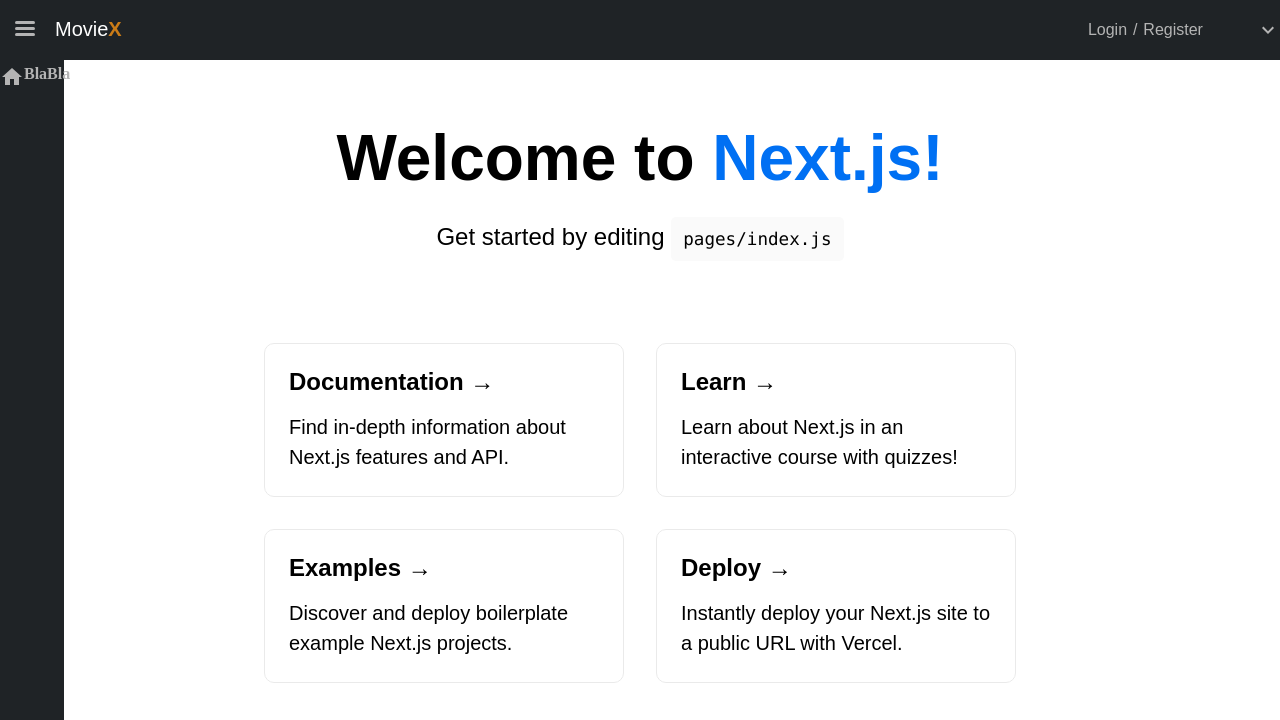
Repository: Amad-Mlinka/MovieTVBrowserNext
Page: /
An editor plug-in stored every save of this project. The page is shown before and after the next save, followed by the edit.
The browser window is 1280 px wide. The pictures show the whole page.
An inner scrolling area shows only its first screen. The project was rebuilt for these pictures with package versions that can differ from the ones it lists, and the page was loaded fresh each time. The framework's server and built-in components were replaced by stand-ins that run in the browser. Also part of the build but not shown: next.config.js.

Above is the page before, as saved 2021-08-03 19:02:26.

### pages/_app.js
import Layout from '../components/layout/Layout'
import '../styles/globals.scss'


function MyApp({ Component, pageProps }) {
  return (
    <Layout>
      <Component {...pageProps} />
    </Layout>


  )
}

export default MyApp

### components/layout/Layout.tsx
import React from 'react'
import Header from "../header/Header"

const Layout = ({children}) => {
    return (
        <>
        <Header/>
        <main>
            {children}
        </main>
        </>

    )
}

export default Layout

### styles/globals.scss
html, body {
  overflow-x: hidden;
  height: 100%;
}
body {
  background: #fff;
  padding: 0;
  margin: 0;
  font-family: 'Varela Round', sans-serif;
}

a {
  color: inherit;
  text-decoration: none;
}

* {
  box-sizing: border-box;
}

### styles/Home.module.scss
.container {
  min-height: 100vh;
  padding: 0 0.5rem;
  display: flex;
  flex-direction: column;
  justify-content: center;
  align-items: center;
  height: 100vh;
}

.main {
  padding: 5rem 0;
  flex: 1;
  display: flex;
  flex-direction: column;
  justify-content: center;
  align-items: center;
}

.footer {
  width: 100%;
  height: 100px;
  border-top: 1px solid #eaeaea;
  display: flex;
  justify-content: center;
  align-items: center;
}

.footer a {
  display: flex;
  justify-content: center;
  align-items: center;
  flex-grow: 1;
}

.title a {
  color: #0070f3;
  text-decoration: none;
}

.title a:hover,
.title a:focus,
.title a:active {
  text-decoration: underline;
}

.title {
  margin: 0;
  line-height: 1.15;
  font-size: 4rem;
}

.title,
.description {
  text-align: center;
}

.description {
  line-height: 1.5;
  font-size: 1.5rem;
}

.code {
  background: #fafafa;
  border-radius: 5px;
  padding: 0.75rem;
  font-size: 1.1rem;
  font-family: Menlo, Monaco, Lucida Console, Liberation Mono, DejaVu Sans Mono,
    Bitstream Vera Sans Mono, Courier New, monospace;
}

.grid {
  display: flex;
  align-items: center;
  justify-content: center;
  flex-wrap: wrap;
  max-width: 800px;
  margin-top: 3rem;
}

.card {
  margin: 1rem;
  padding: 1.5rem;
  text-align: left;
  color: inherit;
  text-decoration: none;
  border: 1px solid #eaeaea;
  border-radius: 10px;
  transition: color 0.15s ease, border-color 0.15s ease;
  width: 45%;
}

.card:hover,
.card:focus,
.card:active {
  color: #0070f3;
  border-color: #0070f3;
}

.card h2 {
  margin: 0 0 1rem 0;
  font-size: 1.5rem;
}

.card p {
  margin: 0;
  font-size: 1.25rem;
  line-height: 1.5;
}

.logo {
  height: 1em;
  margin-left: 0.5rem;
}

@media (max-width: 600px) {
  .grid {
    width: 100%;
    flex-direction: column;
  }
}

### components/header/Header.tsx
/*Imports */
import React, { useState } from 'react'

/*Material components*/
import Avatar from '@material-ui/core/Avatar';

/*Icons*/
import KeyboardArrowDownIcon from '@material-ui/icons/KeyboardArrowDown';
import HomeIcon from '@material-ui/icons/Home';
import SearchIcon from '@material-ui/icons/Search';

/*Import Plugins*/
import $ from "jquery";

/*Styles*/
import headerStyles from "../../styles/Header.module.scss"




const Header = () => {
    const [hamburger, setHamburger] = useState(false)
    const hamburgerToggle = () => {
        setHamburger(!hamburger);

        $(`.${headerStyles.sidebar}`).addClass(`${headerStyles.sidebarActive}`)

    }
    return (
        <>
            <header className={headerStyles.header}>
                <div className={headerStyles.left}>
                    <div className={headerStyles.hamburgerLogo}>
                        <div className={headerStyles.hamburger} onClick={hamburgerToggle}>
                            <div className={`${headerStyles.spinner} ${headerStyles.diagonal} ${hamburger ? headerStyles.part1Active : ""}`}></div>
                            <div className={`${headerStyles.spinner} ${headerStyles.horizontal} ${hamburger ? headerStyles.horizontalActive : ""}`}></div>
                            <div className={`${headerStyles.spinner} ${headerStyles.diagonal} ${hamburger ? headerStyles.part2Active : ""}`}></div>
                        </div>
                        <div data-end="X" className={headerStyles.logo}>
                            <span>Movie</span>
                        </div>
                    </div>

                    <div className={headerStyles.search}>
                        <div className={headerStyles.searchContainer}>
                            <SearchIcon className={headerStyles.searchIcon} />
                            <input type="search" name="searchBar" className={headerStyles.searchBar} ></input>
                        </div>

                    </div>
                </div>
                <div className={headerStyles.right}>
                    <KeyboardArrowDownIcon className={headerStyles.expandButton} />
                    <div className={headerStyles.profile}>
                        <div className={`${headerStyles.loggedIn} ${headerStyles.dNone}`}>

                            <Avatar className={headerStyles.avatar} alt="Amad Mlinaric"> AM </Avatar>
                        </div>
                        <div className={`${headerStyles.notLoggedIn}`}>
                            <div className={headerStyles.loginRegister}>
                                <div className={headerStyles.login}>
                                    <span>Login</span>
                                </div>
                                <span>/</span>
                                <div className={headerStyles.register}>
                                    <span>Register</span>
                                </div>
                            </div>
                        </div>
                    </div>
                </div>

            </header>
            <div className={`${headerStyles.sidebar} ${hamburger ? headerStyles.sidebarActive : ""}`}>
                <div className={headerStyles.sidebarMenu}>
                    <ul className={`${headerStyles.sidebarList}`}>
                        <li className={headerStyles.sidebarLink}>
                            <div className={headerStyles.sidebarIcon}>
                                <HomeIcon />
                            </div>
                            BlaBla
                        </li>


                    </ul>
                </div>

            </div>

        </>

    )
}

export default Header

### styles/Header.module.scss
@import "variables.scss";
@import "general.scss";
//***************************Header***************************//

.header {
    display: flex;
    flex-direction: row;
    justify-content: space-between;
    position: relative;
    top: 0;
    left: 0;
    width: 100%;
    background: $base-color;
    height: 60px;
}
.header {
    display: flex;
    flex-direction: row;
    justify-content: space-between;
    position: relative;
    top: 0;
    left: 0;
    width: 100%;
    background: $base-color;
    height: 60px;
}
.left {
    display: flex;
    flex-direction: row;
    width: 50%;
    justify-content: flex-start;
    align-items: center;
    height: 100%;
}
.hamburgerLogo {
    display: flex;
    flex-direction: row;
}
.hamburger {
    box-sizing: border-box;
    cursor: pointer;
    z-index: 99;
    height: 25px;
    width: 25px;
    margin: 0px 15px;
}
.spinner {
    box-sizing: border-box;
    position: absolute;
    height: 3px;
    width: 20px;
    background-color: #b4b4b4;
    border-radius: 5px;
    margin-top: 3px;
}
.horizontal {
    box-sizing: border-box;
    position: relative;
    transition: all ease-out 0.3s;
}
.horizontalActive{
    display: none;
}
.diagonal {
    box-sizing: border-box;
    position: relative;
    transition: all ease-out 0.3s;
}
.part1Active{
    transform: rotate(
        45deg
        );
        top: 4px;

}
.part2Active{
    transform: rotate(
        315deg
        );
    bottom: 2px;
}
.logo {
    &::after {
        content: "X";
        color: $secondary-color;
        font-weight: bolder;
        font-size: 20px;
    }
    span{
        display: none;
    }
    font-size: 20px;
    color: white;

}
.search {
    position: absolute;
    left: 0;
    top: 60px;
    background: $base-color;
    width: 100%;
    display: flex;
    flex-direction: column;
    justify-content: center;
    align-items: center;

}
.searchContainer{
    width: 80%;
    display: none;
}
.searchIcon {
    position: absolute;
    margin: 10px 15px;
    color: #b4b4b4;
    height: 20px;
}

.searchBar {
    width: 100%;
    background: #303437;
    border: 0;
    height: 40px;
    border-radius: 5px;
    padding-left: 45px;
    caret-color: black;
    transition: background 0.3s ease-in-out;
    margin-bottom: 20px;
    &:focus {
        background: white;
        outline: none;
    }
}
.right{
    height: 100%;
    display: flex;
    flex-direction: row-reverse;
    align-items: center;
    width: 50%;
}
.expandButton{
    font-size: 40px;
    color: $tertiary-color;

}
.profile{
    display: flex;
    flex-direction: row;
    justify-content:flex-start;
   .loggedIn{
       display: flex;
   }
    .notLoggedIn{
        .loginRegister{
            display: flex;
            flex-direction: row;
            justify-content: space-between;
            color: #b4b4b4;
            width: 115px;
            margin-right: 10px;
        }

    }
}

@include breakpoint(min-tablet){


    .header {
        display: flex;
        flex-direction: row;
        justify-content: space-between;
        position: relative;
        top: 0;
        left: 0;
        width: 100%;
        background: $base-color;
        height: 60px;
    }
    .left {
        display: flex;
        flex-direction: row;
        width: 50%;
        justify-content: flex-start;
        align-items: center;
        height: 100%;
    }
    .logo {
        font-size: 20px;
        color: white;
        span{
            display: inline;
        }
        &::after {
            content: attr(data-end);
            color: $secondary-color;
            font-weight: bolder;
        }
    }
    .search {
        position: relative;
        margin-left: 10px;
        top: 0;
        left: 0;
    }

    .expandButton{
        display: none;
    }
    .searchIcon {
        position: absolute;
        margin: 10px 15px;
        color: #b4b4b4;
        height: 20px;
    }

    .searchBar {
        width: 250px;
        background: #303437;
        border: 0;
        height: 40px;
        border-radius: 5px;
        padding-left: 45px;
        caret-color: black;
        transition: background 0.3s ease-in-out;
        margin: 0;
        &:focus {
            background: white;
            outline: none;
        }
    }
    .right{
        height: 100%;
        display: flex;
        flex-direction: row-reverse;
        align-items: center;
        width: 50%;
    }
    .profile{
        display: flex;
        flex-direction: row;
        width: 33%;
        justify-content: center;
        .loggedIn{
            .avatar{
                margin-left: 45px;
            }
        }
        .notLoggedIn{
            .loginRegister{
                display: flex;
                flex-direction: row;
                justify-content: space-between;
                color: #b4b4b4;
                width: 115px;
            }

        }
    }


}

//****************************/Header/***************************//
//***************************Sidebar***************************//

.sidebar{
    position: fixed;
    width: 5%;
    height: 100%;
    transition: width .5s;
    background: $base-color;
    display: flex;
    flex-direction: column;
}

.sidebarActive{
    width: 50%;
}

.sidebarMenu{
    height: 60%;
    margin-top: 5px;
}

.sidebarList{
    list-style-type: none;
    margin: 0;
    padding: 0;
}


.sidebarLink{
    height: 30px;
    color: $tertiary-color;
    font-family: "Open-sans";
    font-weight: bolder;
    display: flex;
    flex-direction: row;
    .sidebarIcon{

    }
}

### styles/variables.scss
$base-color:#1f2326;
$secondary-color:#cb7c17;
$tertiary-color:#b4b4b4;

@mixin breakpoint($point) {
    @if $point == min-desktop {
      @media (min-width: 993px) { @content ; }
   }
    @else if $point == min-laptop {
      @media (min-width: 769px) { @content ; }
   }
     @else if $point == min-tablet {
      @media (min-width: 593px) { @content ; }
   }
   @else if $point == min-mobile {
      @media (min-width: 0px)  { @content ; }

   }@else if $point == max-desktop {
      @media (max-width: 1200px) { @content ; }

   }@else if $point == max-laptop {
      @media (max-width: 992px) { @content ; }
   }
     @else if $point == max-tablet {
      @media (max-width: 768px) { @content ; }
   }
   @else if $point == max-mobile {
      @media (max-width: 592px)  { @content ; }

   }
 }

### styles/general.scss
.dNone{
    display: none !important;
}
.dBlock{
    display: block !important;
}

Loaded but not shown: pages/index.js (common file)

After the next save:
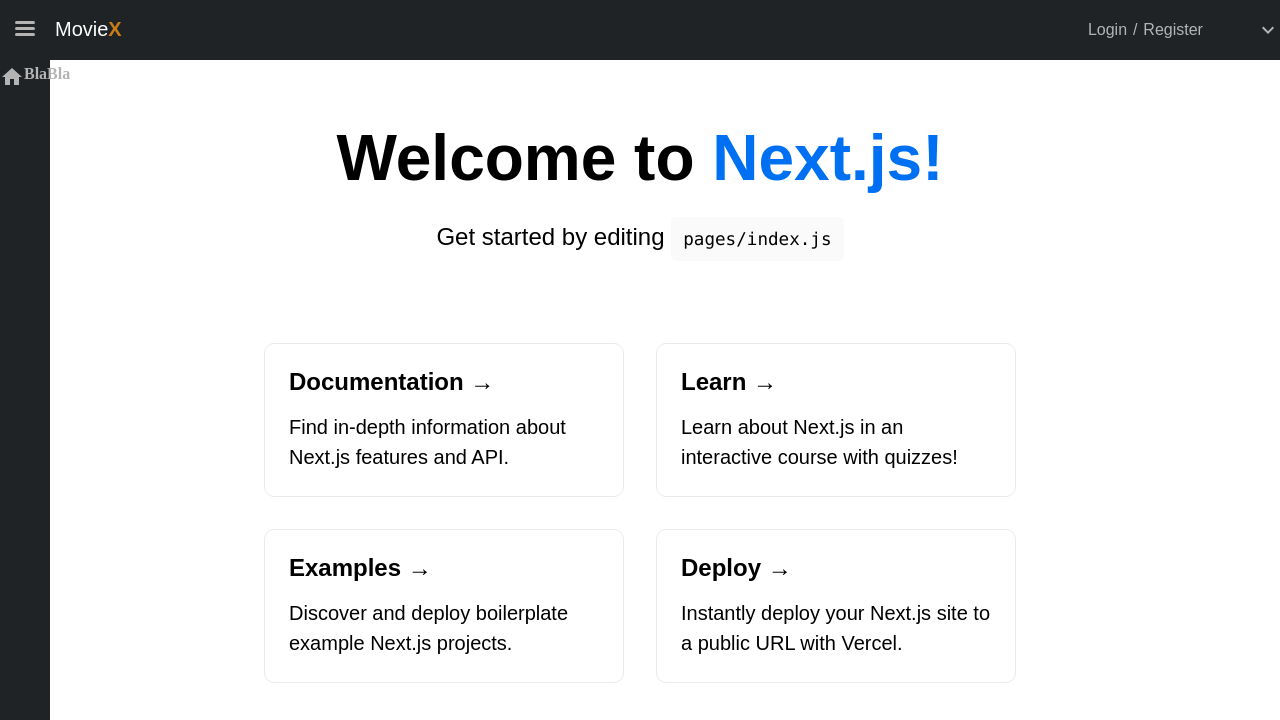
Saved 101 s later.
--- a/styles/Header.module.scss
+++ b/styles/Header.module.scss
@@ -266,7 +266,7 @@
 
 .sidebar{
     position: fixed;
-    width: 5%;
+    width: 50px;
     height: 100%;
     transition: width .5s;
     background: $base-color;
